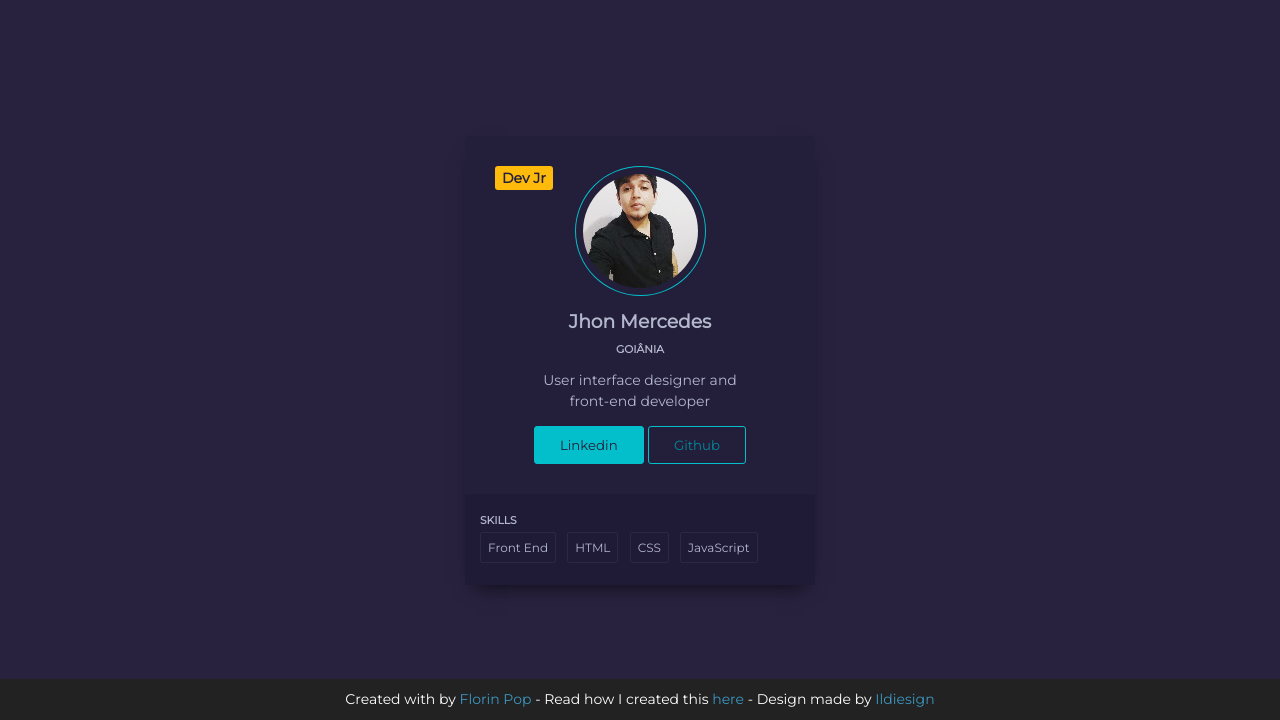
Repository: JhonMercedes/flip-card
Page: index.html
The author's editor kept a copy of each file at every save. The page is drawn from the files as they stood at one save, then again after the next save.
The browser window is 1280 px wide. The pictures show the whole page.

Above is the page before, as saved 2021-12-03 23:42:58.

After the next save:
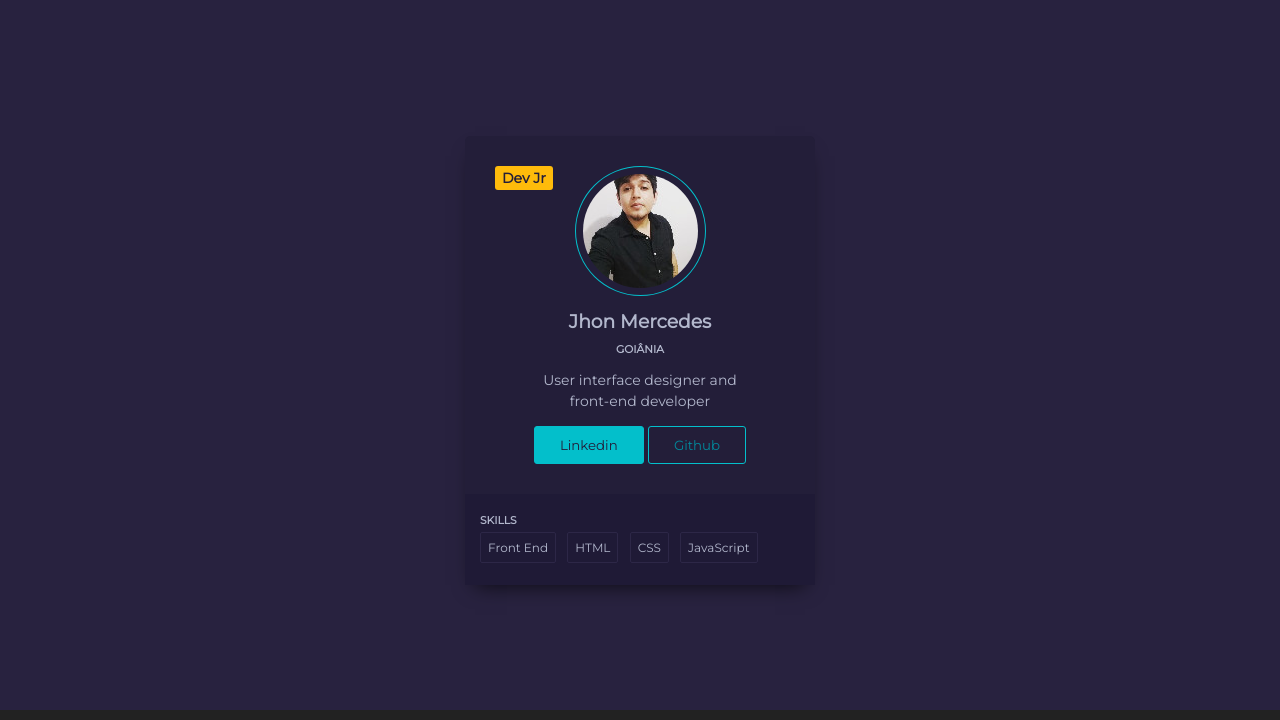
Saved 3 min 52 s later.
--- a/index.html
+++ b/index.html
@@ -39,12 +39,7 @@
 
     <footer>
         <p>
-            Created with <i class="fa fa-heart"></i> by
-            <a target="_blank" href="https://florin-pop.com">Florin Pop</a>
-            - Read how I created this
-            <a target="_blank" href="https://florin-pop.com/blog/2019/04/profile-card-design">here</a>
-            - Design made by
-            <a target="_blank" href="https://dribbble.com/shots/6276930-Profile-Card-UI-Design">Ildiesign</a>
+
         </p>
     </footer>
 </body>
